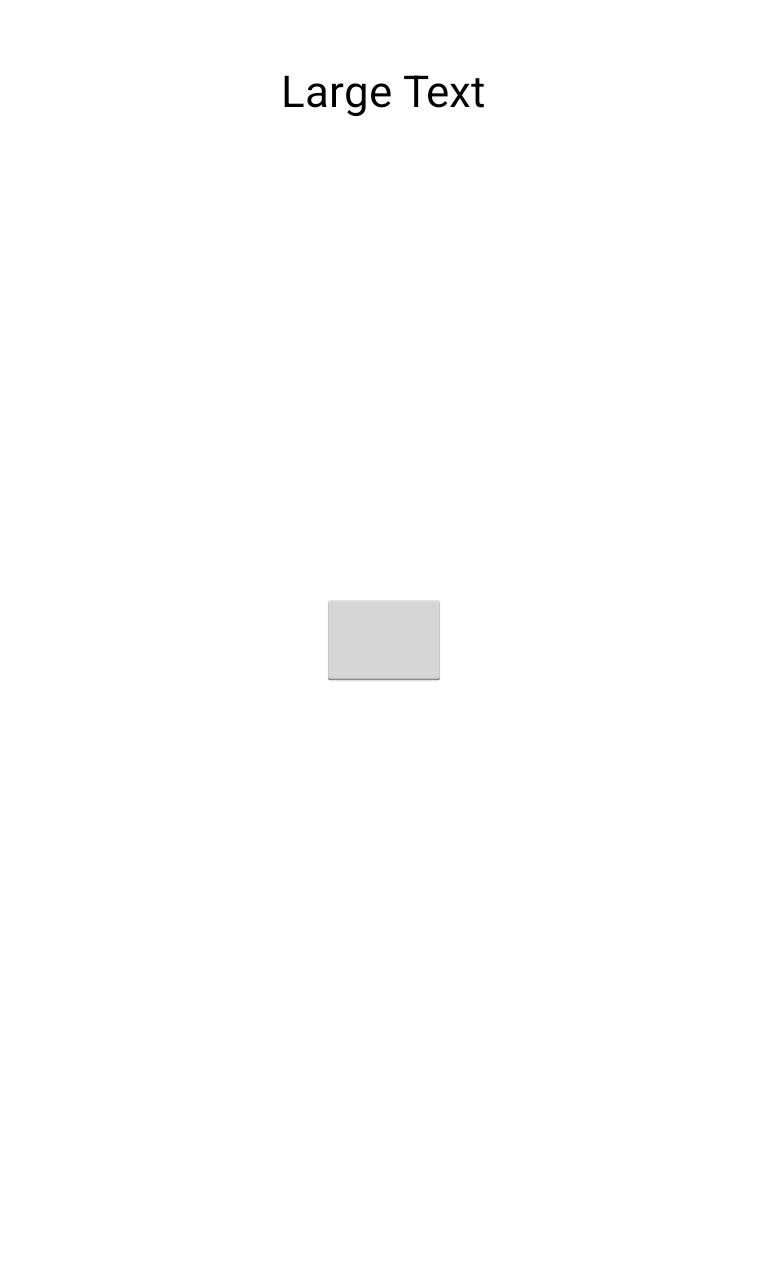
Repository: cho15255/Android-Test
Layout: ApplicationActivity/res/layout/page_1.xml
An editor plug-in stored every save of this project. The layout is shown before and after the next save, followed by the edit.
It is drawn on a 768 x 1280 px phone screen (xhdpi) without system bars, with theme AppTheme; the app's code is not run.

Above is the layout before, as saved 2013-05-13 19:05:49.

After the next save:
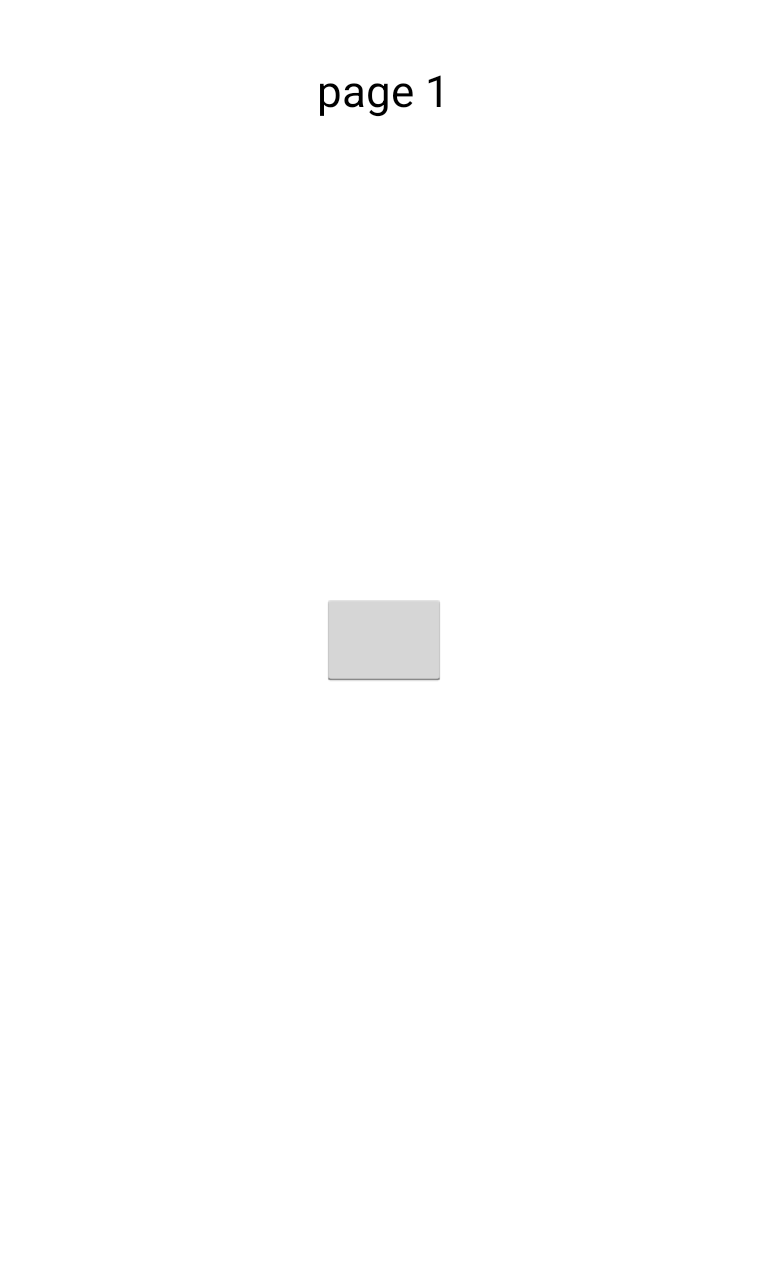
Saved 10 s later.
--- a/ApplicationActivity/res/layout/page_1.xml
+++ b/ApplicationActivity/res/layout/page_1.xml
@@ -18,7 +18,7 @@
         android:layout_alignParentTop="true"
         android:layout_centerHorizontal="true"
         android:layout_marginTop="30dp"
-        android:text="Large Text"
+        android:text="@string/page_number_1"
         android:textAppearance="?android:attr/textAppearanceLarge" />
 
 </RelativeLayout>
